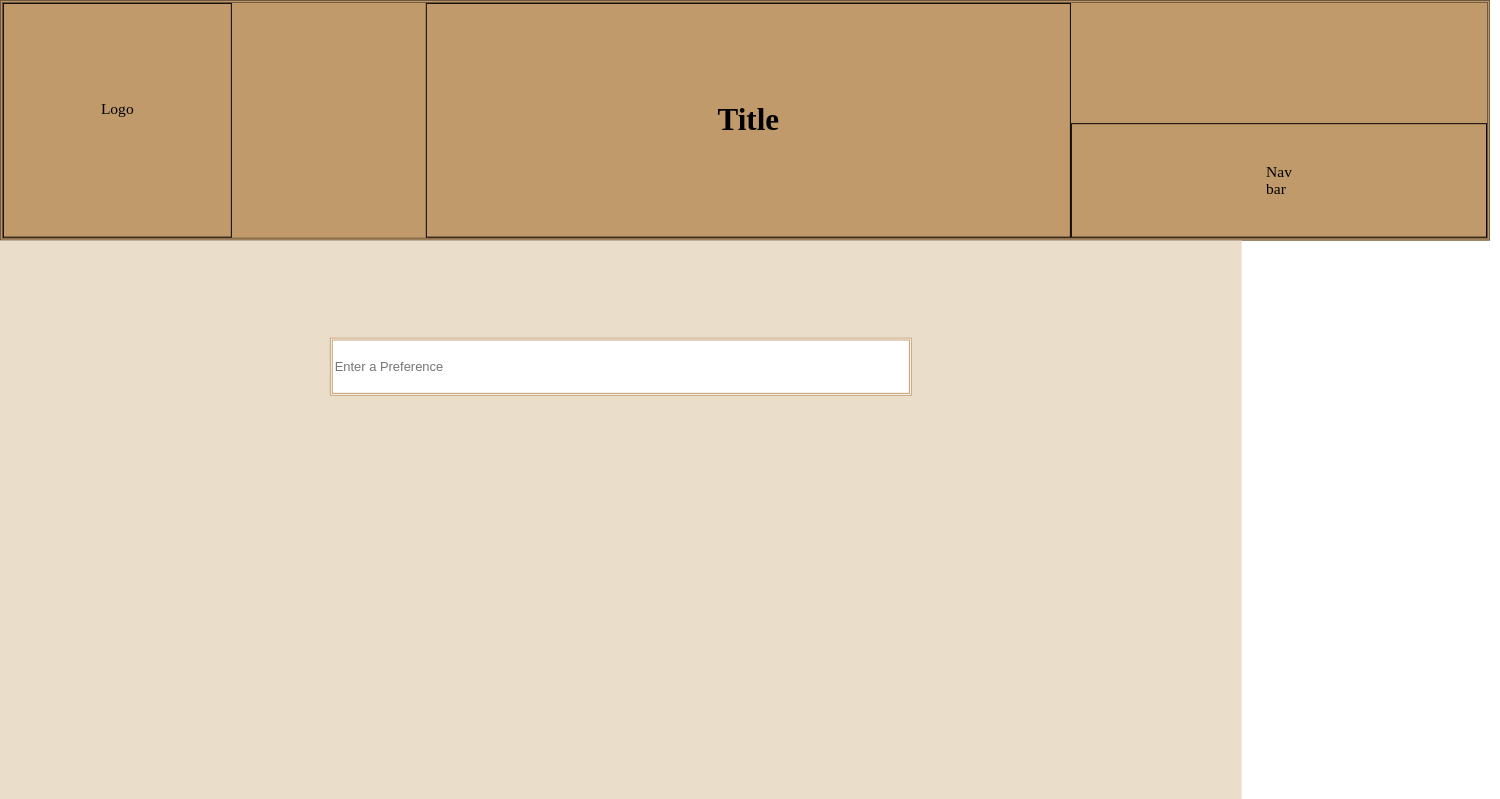
Repository: joshliu14/Travel-Mug
Page: /search
These files come from the project's save history. The page is drawn as it stood at one moment and after the next save; the edit follows.
The browser window is 1280 px wide. The page is 1536 px wide, then 1546 px, so the pictures cover 1546 px, including what lies to the right of the window. The pictures show the whole page, at 97% of full size.
The project was rebuilt for these pictures with package versions that can differ from the ones it lists, and the page was loaded fresh each time.

Above is the page before, as saved 2024-01-02 13:07:39.

### public/index.html
<!DOCTYPE html>
<html lang="en">
  <head>
    <meta charset="utf-8" />
    <link rel="icon" href="%PUBLIC_URL%/favicon.ico" />
    <link rel="stylesheet" href="./index.css" />
    <meta name="viewport" content="width=device-width, initial-scale=1" />
    <meta name="theme-color" content="#000000" />
    <meta
      name="description"
      content="Web site created using create-react-app"
    />
    <link rel="apple-touch-icon" href="%PUBLIC_URL%/logo192.png" />
    <!--
      manifest.json provides metadata used when your web app is installed on a
      user's mobile device or desktop. See https://developers.google.com/web/fundamentals/web-app-manifest/
    -->
    <link rel="manifest" href="%PUBLIC_URL%/manifest.json" />
    <!--
      Notice the use of %PUBLIC_URL% in the tags above.
      It will be replaced with the URL of the `public` folder during the build.
      Only files inside the `public` folder can be referenced from the HTML.

      Unlike "/favicon.ico" or "favicon.ico", "%PUBLIC_URL%/favicon.ico" will
      work correctly both with client-side routing and a non-root public URL.
      Learn how to configure a non-root public URL by running `npm run build`.
    -->
    <title>Travel Mug</title>
  </head>
  <body>
    <noscript>You need to enable JavaScript to run this app.</noscript>
    <div id="root"></div>
    <!--
      This HTML file is a template.
      If you open it directly in the browser, you will see an empty page.

      You can add webfonts, meta tags, or analytics to this file.
      The build step will place the bundled scripts into the <body> tag.

      To begin the development, run `npm start` or `yarn start`.
      To create a production bundle, use `npm run build` or `yarn build`.
    -->
  </body>
</html>

### src/index.js
import React from "react";
import ReactDOM from "react-dom";
import App from "./App";

import { BrowserRouter } from "react-router-dom";

ReactDOM.render(
  <BrowserRouter>
    <App />
  </BrowserRouter>,
  document.getElementById("root")
);

### src/App.js
import React from "react";
import Home from "./Home";

import { Switch, Route } from "react-router-dom";

const App = () => {
  return (
    <Switch>
      <Route exact path="/search">
        <Home />
      </Route>
    </Switch>
  );
};

export default App;

### src/Home.js
import React from "react";
import "./Home.css";

class Search extends React.Component {
  render() {
    return (
      <div>
        <div className="top">
          <div className="logo">Logo</div>
          <div className="title">
            <h1>Title</h1>
          </div>
          <div className="nav">Nav bar</div>
        </div>
        <div className="bottom">
          <div className="search-container">
            <input className="search-bar" placeholder="Enter a Preference" />
          </div>
        </div>
      </div>
    );
  }
}

export default Search;

### src/Home.css
.top {
  background-color: #c19a6b;
  display: flex;
  min-width: fit-content;
  min-height: 20vh;
  border-width: 3px;
  justify-content: space-between;
  border-color: #6d573d;
  border-style: double;
}

.logo {
  padding: 100px;
  border: 1px solid black;
}

.title {
  padding: 80px 300px;
  margin-left: 200px;
  border: 1px solid black;
}

.nav {
  align-self: last baseline;
  padding: 40px 200px;
  border: 1px solid black;
}

.bottom {
  background-color: #eaddca;
  display: flex;
  justify-content: center;
  min-width: fit-content;
  min-height: 80vh;
}

.search-container {
  justify-content: center;
  margin-top: 100px;
}

.search-bar {
  width: 600px;
  height: 60px;
  box-sizing: border-box;
  border-width: 3px;
  border-color: #c19a6b;
  border-style: double;
}

### public/index.css
html,
body {
  margin: 0px;
  padding: 0px;
}

After the next save:
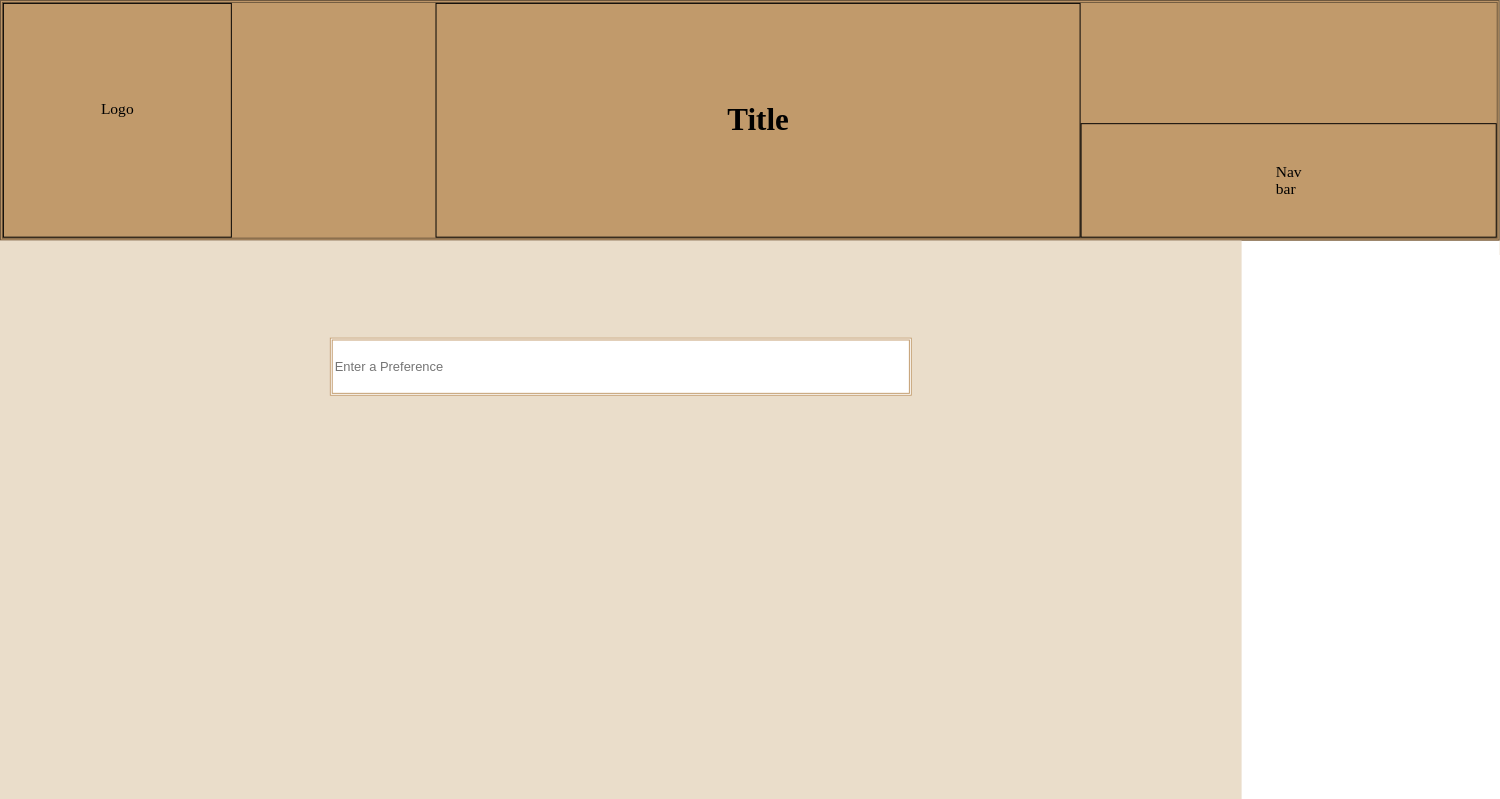
Saved 6 s later.
--- a/src/Home.css
+++ b/src/Home.css
@@ -16,7 +16,7 @@
 
 .title {
   padding: 80px 300px;
-  margin-left: 200px;
+  margin-left: 210px;
   border: 1px solid black;
 }
 
